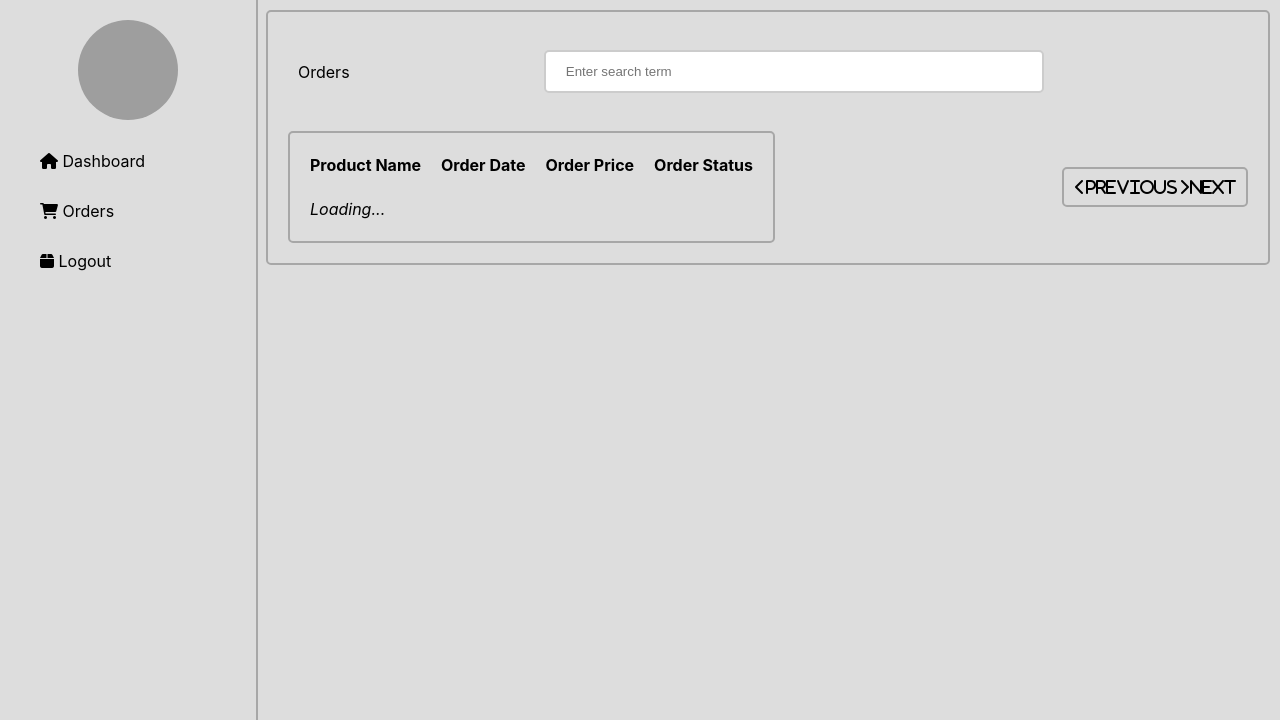
Repository: cjaymoni/FE_Submission02
Page: http://localhost/orders
These files come from the project's save history. The page is drawn as it stood at one moment and after the next save; the edit follows.
The browser window is 1280 px wide. The pictures show the whole page.
Pictures or frames that could not be fetched are drawn as grey boxes. The page is run by PHP 8.4 with error messages shown; the project is at /var/www/html/.

Above is the page before, as saved 2022-10-04 15:27:19.
Console error: TypeError: Cannot read properties of null (reading 'addEventListener')

### index.php
<!doctype html>
<html lang="en">
<head>
    <?php include './layout/header.html' ?>
</head>
<body>
<?php
require_once './layout/sidebar.html';

$request = $_SERVER['REQUEST_URI'];

switch ($request) {
        case '/' :
        case '' :
        case '/home' :
            case '/login':
                case '/login/':
        require __DIR__.'/views/login-page/login.html';
        break;


        case '/orders':
        case '/orders/':
        require __DIR__.'/views/orders/orders.html';
        break;

        case '/dashboard':
        case '/dashboard/':
        require __DIR__.'/views/dashboard/dashboard.html';
        break;





        default:
        require __DIR__.'/views/404/404.html';
        break;
}
?>

 <?php require_once './layout/footer.html' ?>
</body>
</html>

### layout/header.html
<meta charset="utf-8" />
<meta name="viewport" content="width=device-width, initial-scale=1.0" />

<!-- FavIcon -->
<link rel="icon" type="image/svg+xml" href="assets/Freddys_Logo.svg" />

<!-- CSS -->
<link rel="stylesheet" href="css/styles.css" />

<!-- Font Awesome -->
<link
  rel="stylesheet"
  href="https://use.fontawesome.com/releases/v6.2.0/css/all.css"
/>
<script src="https://cdn.jsdelivr.net/npm/chart.js"></script>

<!-- Title -->
<title>Freddy's Shop</title>

### layout/sidebar.html
<aside>
  <div class="sidebar" id="sidebar">
    <div class="profile">
      <img src="assets/Freddys_Logo.svg" alt="Freddys_Logo" />
    </div>
    <ul>
      <li>
        <a href="/dashboard">
          <i class="fas fa-home"></i>
          <span>Dashboard</span>
        </a>
      </li>
      <li>
        <a href="/orders">
          <i class="fas fa-shopping-cart"></i>
          <span>Orders</span>
        </a>
      </li>
      <li>
        <a href="/">
          <i class="fas fa-box"></i>
          <span>Logout</span>
        </a>
      </li>
    </ul>
  </div>
</aside>
<script src="js/sidebar-toggle.js"></script>

### views/orders/orders.html
<div class="content">
  <div class="container">
    <div class="order-header-text">
      <span>Orders</span>

      <!-- <div>
        <i class="fas fa-search"></i>

        <input type="text" id="searchInput" placeholder="Search" />
        <i class="fas fa-times" id="clearIcon"></i>
      </div>
    </div> -->
      <div class="search-wrapper">
        <input
          type="text"
          name="focus"
          required
          class="search-box"
          placeholder="Enter search term"
        />
        <button class="close-icon" type="reset"></button>
      </div>
    </div>

    <div class="container">
      <table id="ordersTable">
        <thead>
          <tr>
            <th>Product Name</th>
            <th>Order Date</th>
            <th>Order Price</th>
            <th>Order Status</th>
          </tr>
        </thead>

        <tbody>
          <tr>
            <td colspan="4"><i>Loading...</i></td>
          </tr>
        </tbody>
      </table>
    </div>

    <div class="container">
      <i id="prevButton" class="fas fa-chevron-left">Previous</i>
      <i id="nextButton" class="fas fa-chevron-right">Next</i>
    </div>
  </div>

  <script src="js/orders.js" defer></script>
</div>

### layout/footer.html
<script
  src="https://code.jquery.com/jquery-3.6.1.min.js"
  integrity="sha256-o88AwQnZB+VDvE9tvIXrMQaPlFFSUTR+nldQm1LuPXQ="
  crossorigin="anonymous"
></script>

### css/styles.css
:root {
    --color-primary: #f00;
    --color-secondary: #0f0;
    --color-tertiary: rgb(0, 110, 255);
    background-color: #dddddd;
    font-family: Inter, Avenir, Helvetica, Arial, sans-serif;
    font-size: 16px;
    line-height: 24px;
    min-width: 100vw;
    min-height: 100vh;
    scroll-behavior: smooth;
}


body {
    overflow-x: hidden;
    height: 100vh;
    width: 100vw;
    margin: 0;
}

.login-div {
    display: flex;
    flex-direction: column;
    justify-content: center;
    align-items: center;
    border: 5px solid rgb(65, 61, 61);
    margin: auto;
    margin-top: 5%;
    width: 50%;
    padding: 5px;


}

.login-head {
    display: flex;
    justify-content: space-between;
    flex-wrap: wrap;
}

.login-img {
    width: 100px;
    height: 100px;
    border-radius: 50%;
    margin: 10px;
}

.login-head-text {
    display: flex;
    justify-content: center;
    align-items: center;
    margin: 10px;
    flex-wrap: wrap;
}

.login-head-img {
    display: flex;
    justify-content: center;
    align-items: center;
    margin: 10px;
}

.login-form {
    display: flex;
    flex-direction: column;
    justify-content: center;
    align-items: center;
    margin: 10px;
    width: 100%;
}



.input-div {
    display: flex;
    flex-direction: column;
    justify-content: center;
    align-items: center;
    margin: 10px;
    width: 100%;
}

input[type=text],
input[type=password] {
    width: 100%;
    padding: 12px 20px;
    margin: 8px 0;
    display: inline-block;
    border: 2px solid #ccc;
    box-sizing: border-box;
    border-radius: 5px;
}

.login-btn {
    width: 100%;
    padding: 10px;
    border: 2px solid #ccc;
    border-radius: 5px;
}


.sidebar {
    background-color: #dddddd;
    position: fixed;
    top: 0;
    left: 0;
    width: 20%;
    height: 100%;
    padding: 20px 0;
    transition: all 0.5s ease;
    border-right: 2px solid rgb(167, 167, 167);

}

.content {
    width: 80%;
    height: 100%;
    float: right;

}


.sidebar .profile img {
    display: block;
    width: 100px;
    height: 100px;
    border-radius: 50%;
    margin: 0 auto;
}

.sidebar ul li {
    list-style: none;

}

.sidebar ul li a {
    display: block;
    padding: 13px 0px;
    /* border-bottom: 1px solid #10558d; */
    color: black;
    font-size: 16px;
    position: relative;
    text-decoration: none;
}

.sidebar ul li a .icon {
    color: black;
    width: 30px;
    display: inline-block;
}


.container {
    display: flex;
    justify-content: space-between;
    flex-wrap: wrap;
    align-items: center;
    margin: 10px;
    padding: 10px;
    border: 2px solid rgb(167, 167, 167);
    border-radius: 5px;
}

.container-col {
    display: flex;
    justify-content: space-between;
    flex-direction: column;
    flex-wrap: wrap;
    align-items: center;
    margin: 10px;
    padding: 10px;
    border: 2px solid rgb(167, 167, 167);
    border-radius: 5px;
}

/* .order-table-div {
    display: flex;
    justify-content: center;
    align-items: center;
    margin: 10px;
    padding: 10px;
    border: 2px solid rgb(167, 167, 167);
    border-radius: 5px;

} */

table {
    border-collapse: collapse;
    width: 100%;

}

td,
th {
    padding: 10px;
    text-align: left;
}

/* td :nth-child(1) {

    width: 40%;
} */

tr:nth-child(even) {
    background-color: #ffce97;
}

.dashboard-card {
    border: 1px solid #ccc;
    align-items: center;
    margin: 10px;
    padding: 10px;
    border-radius: 5px;
}

.switch {
    position: relative;
    display: inline-block;
    width: 60px;
    height: 34px;
}

.switch input {
    opacity: 0;
    width: 0;
    height: 0;
}

.slider {
    position: absolute;
    cursor: pointer;
    top: 0;
    left: 0;
    right: 0;
    bottom: 0;
    background-color: #ccc;
    -webkit-transition: .4s;
    transition: .4s;
}

.slider:before {
    position: absolute;
    content: "";
    height: 26px;
    width: 26px;
    left: 4px;
    bottom: 4px;
    background-color: white;
    -webkit-transition: .4s;
    transition: .4s;
}

input:checked+.slider {
    background-color: #2196F3;
}

input:focus+.slider {
    box-shadow: 0 0 1px #2196F3;
}

input:checked+.slider:before {
    -webkit-transform: translateX(26px);
    -ms-transform: translateX(26px);
    transform: translateX(26px);
}

/* Rounded sliders */
.slider.round {
    border-radius: 34px;
}

.slider.round:before {
    border-radius: 50%;
}

.order-header-text {
    display: flex;
    justify-content: space-between;
    flex-wrap: wrap;
    align-items: center;
    margin: 10px;
    padding: 10px;
    width: 100%
}

.table-img {
    width: 50px;
    height: 40px;
}

.search-box,
.close-icon {
    position: relative;
    padding: 10px;
}

.search-wrapper {
    width: 500px;
    margin: auto;
    display: flex;
    /* margin-top: 50px; */
}

.search-box {
    width: 80%;
    border: 1px solid #ccc;
    outline: 0;
    border-radius: 15px;
}

.search-box:focus {
    box-shadow: 0 0 15px 5px #b0e0ee;
    border: 2px solid #bebede;
}

.close-icon {
    border: 1px solid transparent;
    background-color: transparent;
    display: inline-block;
    vertical-align: middle;
    outline: 0;
    cursor: pointer;
}

.close-icon:after {
    content: "X";
    display: block;
    width: 15px;
    height: 15px;
    position: absolute;
    background-color: #FA9595;
    z-index: 1;
    right: 35px;
    top: 0;
    bottom: 0;
    margin: auto;
    padding: 2px;
    border-radius: 50%;
    text-align: center;
    color: white;
    font-weight: normal;
    font-size: 12px;
    box-shadow: 0 0 2px #E50F0F;
    cursor: pointer;
}

.search-box:not(:valid)~.close-icon {
    display: none;
}

### js/sidebar-toggle.js
const pgUrl = window.location.href.substr(
  window.location.href.lastIndexOf("/") + 1
);
const sdComponent = document.querySelector(".sidebar");

if (pgUrl != "orders" && pgUrl != "dashboard") {
  sdComponent.style.display = "none";
}

### js/orders.js
const API_URL = "https://freddy.codesubmit.io/";

const user_token = JSON.parse(localStorage.getItem("access_token"));
const user_refresh = JSON.parse(localStorage.getItem("refresh_token"));

let ordersData = [];

let originalRequest = async (url, config) => {
  url = `${url}`;
  let response = await fetch(url, config);
  let data = await response.json();
  // console.log("REQUESTING:", data);
  return { response, data };
};

let refreshToken = async (refreshToken) => {
  let response = await fetch(API_URL + "refresh", {
    method: "POST",
    headers: {
      Authorization: `Bearer ${refreshToken}`,
    },
  });
  let data = await response.json();
  localStorage.setItem("access_token", JSON.stringify(data.access_token));
  return data;
};

let customFetcher = async (url, config = {}) => {
  let authTokens = JSON.parse(localStorage.getItem("access_token"));

  let refresh_token = JSON.parse(localStorage.getItem("refresh_token"));

  config["headers"] = {
    Authorization: `Bearer ${authTokens}`,
  };

  let { response, data } = await originalRequest(url, config);
  console.log("After Request");

  if (response.status === 401) {
    authTokens = await refreshToken(refresh_token);

    config["headers"] = {
      Authorization: `Bearer ${authTokens}`,
    };

    let newResponse = await originalRequest(url, config);
    response = newResponse.response;
    data = newResponse.data;
  }
  ordersData = data;

  console.log(ordersData);

  createTable(ordersData?.orders);

  return response, data;
};

const pageSize = 10;
let curPage = 1;

let createTable = async (data) => {
  let table = document.querySelector("#ordersTable tbody");

  let result = "";
  await data
    .filter((row, index) => {
      let start = (curPage - 1) * pageSize;
      let end = curPage * pageSize;
      if (index >= start && index < end) return true;
    })
    .forEach((c) => {
      result += `<tr>
     <td>${c.product?.name}</td>
     <td>${c.created_at}</td>
     <td>${c.currency}${c.total}</td>
     <td>${c.status}</td>
     </tr>`;
    });
  return (table.innerHTML = result);
};
document
  .querySelector("#nextButton")
  .addEventListener("click", nextPage, false);
document
  .querySelector("#prevButton")
  .addEventListener("click", previousPage, false);

function previousPage() {
  if (curPage > 1) curPage--;
  createTable(ordersData?.orders);
}
function nextPage() {
  if (curPage * pageSize < ordersData?.orders.length) curPage++;
  createTable(ordersData?.orders);
}
const searchInput = document.getElementById("searchInput");
const clearIcon = document.getElementById("clearIcon");

clearIcon.addEventListener("click", () => {
  searchInput.value = "";
  customFetcher(API_URL + `orders?page=1`);
});

searchInput.addEventListener("keyup", (e) => {
  const searchString = e.target.value.toLowerCase();
  if (searchString.length > 1) {
    clearIcon.style.display = "block";
    customFetcher(API_URL + `orders?page=1&q=${searchString}`);
  }
});
window.addEventListener("load", (event) => {
  customFetcher(API_URL + `orders?page=1&q=${searchInput.value}`);
  clearIcon.style.display = "block";
});

After the next save:
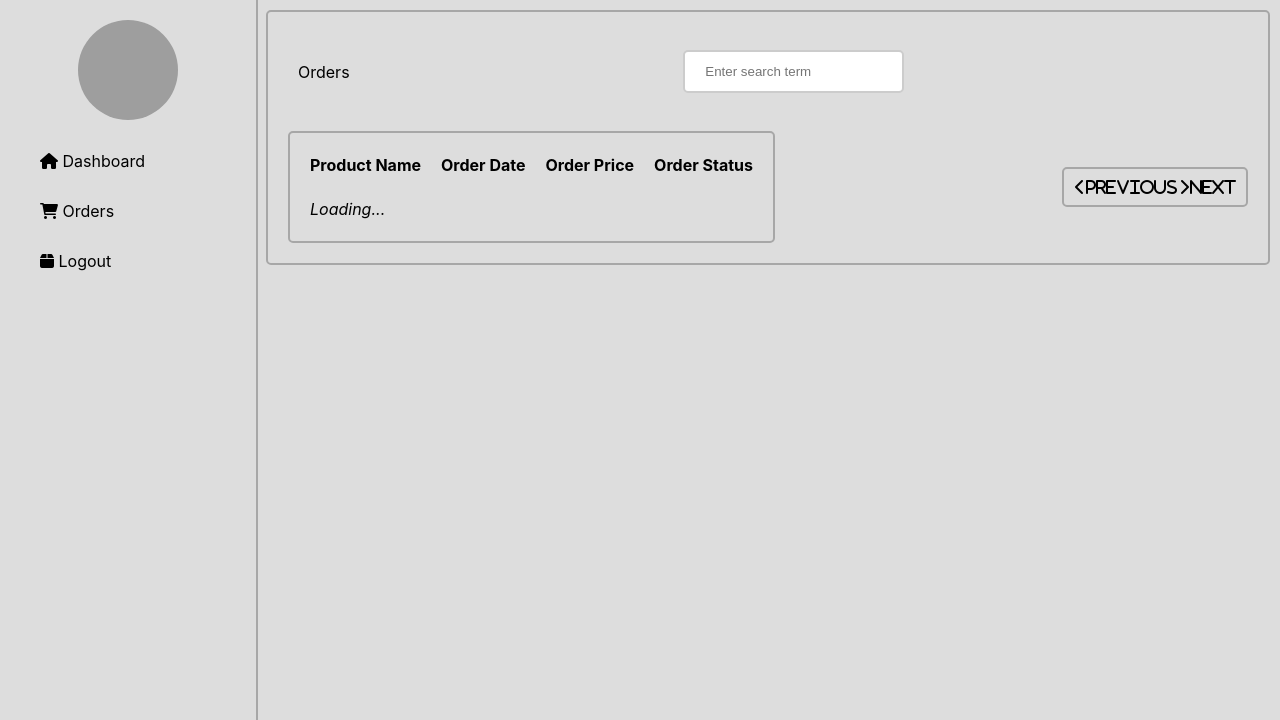
Saved 27 s later.
--- a/css/styles.css
+++ b/css/styles.css
@@ -296,7 +296,7 @@ input:checked+.slider:before {
 }
 
 .search-wrapper {
-    width: 500px;
+    /* width: 500px; */
     margin: auto;
     display: flex;
     /* margin-top: 50px; */
